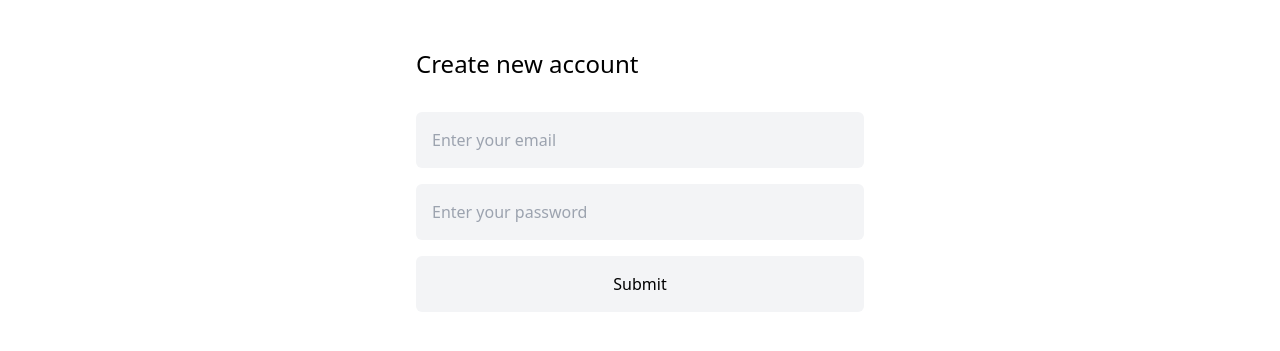
Repository: sevilgenysf/firebase
Page: /sign-up
The author's editor kept a copy of each file at every save. The page is drawn from the files as they stood at one save, then again after the next save.
The browser window is 1280 px wide. The pictures show the whole page.
The project was rebuilt for these pictures with package versions that can differ from the ones it lists, and the page was loaded fresh each time. Also part of the build but not shown: src/pages/Home.js, src/pages/SignIn.js.

Above is the page before, as saved 2023-01-02 15:55:32.

After the next save:
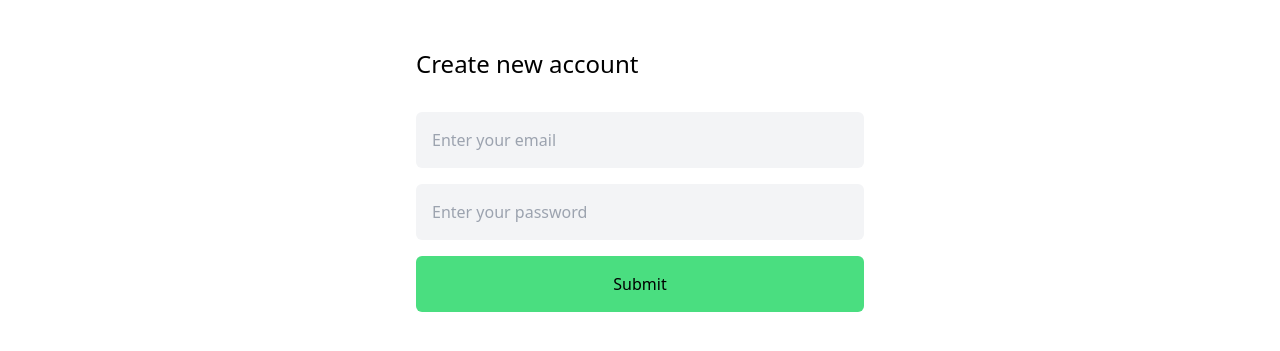
Saved 34 s later.
--- a/src/pages/SignUp.js
+++ b/src/pages/SignUp.js
@@ -13,7 +13,7 @@ const SignUp = () => {
 					placeholder="Enter your password"
 					className="p-4 bg-gray-100 rounded-md"
 				/>
-				<input type="submit" className="p-4 bg-gray-100 rounded-md" />
+				<input type="submit" className="p-4 bg-green-400 rounded-md" />
 			</form>
 		</div>
 	);
